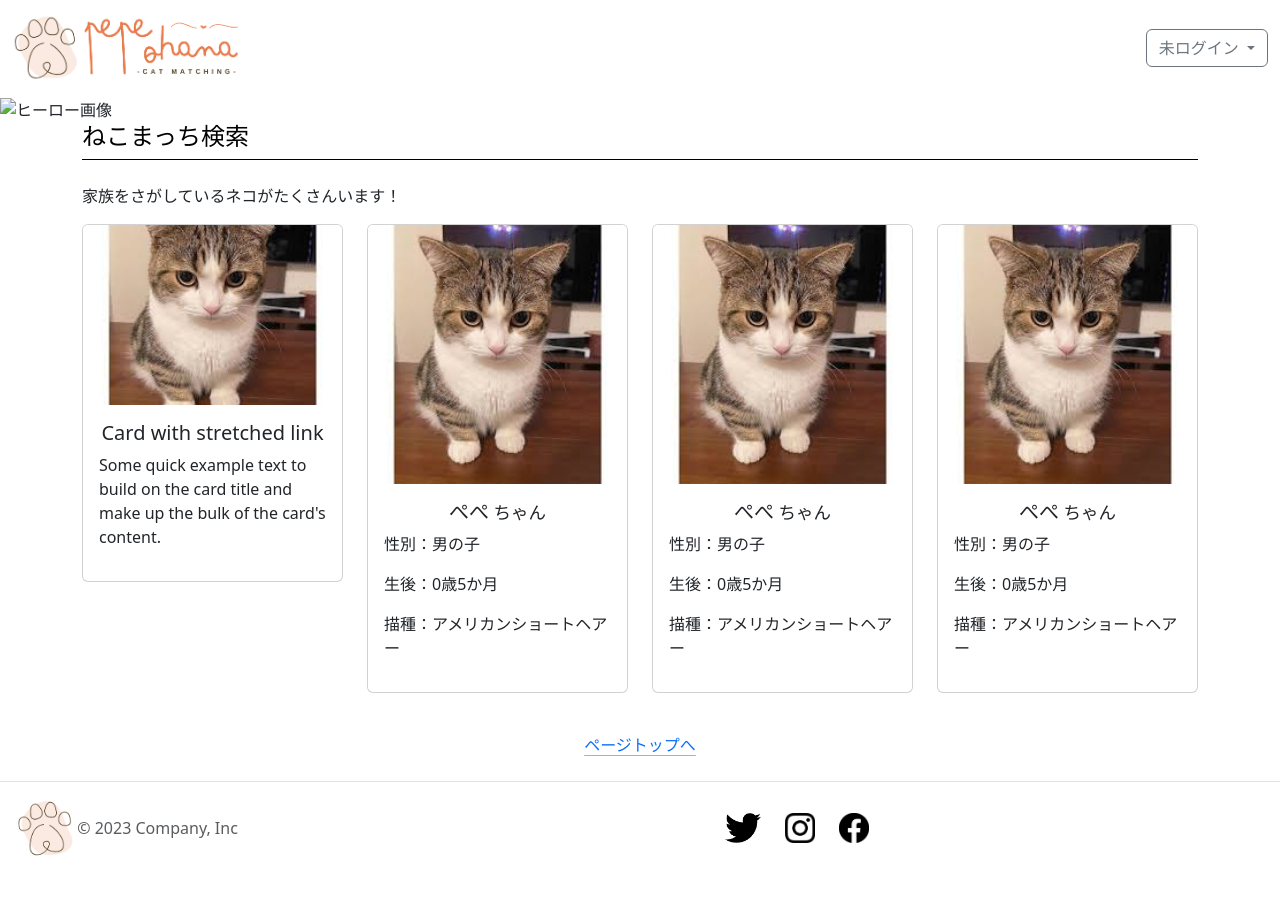
Repository: sakuwell/pepe
Page: http://localhost/PepeOhana/top.jsp
The author's editor kept a copy of each file at every save. The page is drawn from the files as they stood at one save, then again after the next save.
The browser window is 1280 px wide. The pictures show the whole page.
The page is served by Tomcat 9. Other server files are loaded and not shown.

Above is the page before, as saved 2023-09-06 01:42:25.

### ExWorkSpace/PepeOhana/src/main/webapp/top.jsp
<%@ page language="java" contentType="text/html; charset=UTF-8"
    pageEncoding="UTF-8"%>
<%@ page import="model.UsersInfoDto" %>

<!DOCTYPE html>
<html lang="ja">
<head>
    <meta charset="UTF-8">
    <meta name="viewport" content="width=device-width, initial-scale=1.0">
    <!-- Bootstrap CSS -->
    <link href="https://cdn.jsdelivr.net/npm/bootstrap@5.3.0/dist/css/bootstrap.min.css" rel="stylesheet" integrity="sha384-9ndCyUaIbzAi2FUVXJi0CjmCapSmO7SnpJef0486qhLnuZ2cdeRhO02iuK6FUUVM" crossorigin="anonymous">
    <script src="https://cdn.jsdelivr.net/npm/bootstrap@5.3.0/dist/js/bootstrap.bundle.min.js" integrity="sha384-geWF76RCwLtnZ8qwWowPQNguL3RmwHVBC9FhGdlKrxdiJJigb/j/68SIy3Te4Bkz" crossorigin="anonymous"></script>
    <title>Top | pepeohana</title>
</head>

<%
    // セッションを取得
	UsersInfoDto userInfoOnSession = (UsersInfoDto)session.getAttribute("LOGIN_INFO");
	boolean isLoggedIn = false;
	String userName = "";
	//HttpSession mysession = request.getSession(true);

    // セッションが存在し、username属性もセットされている場合はログイン済み
    if (userInfoOnSession != null) {
		userName = userInfoOnSession.getUserName();
        isLoggedIn = true;
    }
%>

<body>
	<% if (isLoggedIn) { %>
    <!-- ログイン済ヘッダー -->
    <nav class="navbar navbar-expand-lg navbar-light bg-white">
        <div class="container-fluid">
            <a class="navbar-brand" href="#">
                <img src="images/pepe_ohana_logo.png" alt="ページロゴ" width="auto" height="70">
            </a>
            <div class="btn-group">
                <button type="button" class="btn btn-secondary dropdown-toggle" data-bs-toggle="dropdown" aria-expanded="false">
                    userName
                </button>
                <ul class="dropdown-menu dropdown-menu-end">
                    <li><a class="dropdown-item" href="#">マイページ</a></li>
                    <li><a class="dropdown-item" href="#">ログアウト</a></li>
                </ul>
            </div>
        </div>
    </nav>
    <!-- ログイン済ヘッダーここまで -->
    <% } else { %>
    <!-- 未ログインヘッダー -->
    <nav class="navbar navbar-expand-lg navbar-light bg-white">
        <div class="container-fluid">
          <a class="navbar-brand" href="#">
            <img src="images/pepe_ohana_logo.png" alt="ページロゴ" width="auto" height="70">
          </a>
          <div class="btn-group">
            <button type="button" class="btn btn-outline-secondary dropdown-toggle" data-bs-toggle="dropdown" aria-expanded="false">
              未ログイン
            </button>
            <ul class="dropdown-menu dropdown-menu-end">
              <li><a class="dropdown-item" href="#">ログイン</a></li>
              <li><a class="dropdown-item" href="#">新規ユーザー登録</a></li>
            </ul>
          </div>
        </div>
    </nav>
    <!-- 未ログインヘッダーここまで -->
    <% } %>


    <!-- ヒーロー画像 -->
    <img src="#" class="img-fluid" alt="ヒーロー画像">

    <!-- ここから下　ページごとの内容 -->
    <div>
        <!-- 検索フォームゾーン -->
        <div class="container">
            <div class="h4 pb-2 mb-4 text-black border-bottom border-black">
                ねこまっち検索
            </div>
                <p>家族をさがしているネコがたくさんいます！</p>
            <!-- 猫カード -->
            <div class="row">
 				<!-- カードのコンテンツ -->
               <!-- カードのコンテンツ -->
               <div class="col-6 col-md-4 col-lg-3">
                    <div class="card mb-3">
                        <img src="images/cat_1.jpg" style="height:180px; width: 100%; object-fit: cover;" class="card-img-top" alt="猫画像">
                        <div class="card-body">
                            <h5 class="card-title text-center">Card with stretched link</h5>
                            <p class="card-text text-right">Some quick example text to build on the card title and make up the bulk of the card's content.</p>
                            <div class="d-flex justify-content-center">
                                <a href="#" class="stretched-link"></a>
                            </div>
                        </div>
                    </div>
                </div>
 				<!-- カードのコンテンツ -->
                <div class="col-6 col-md-4 col-lg-3">
                    <div class="card mb-3">
                        <img src="images/ねこ_1.jpg" class="card-img-top" alt="猫画像" style="width:100%">
                        <div class="card-body">
                            <h5 class="card-title text-center">ぺぺ<small> ちゃん</small></h5>
                            <p class="card-text text-right">性別：男の子</p>
                            <p class="card-text text-right">生後：0歳5か月</p>
                            <p class="card-text text-right">描種：アメリカンショートヘアー</p>
                            <div class="d-flex justify-content-center">
                                <a href="#" class="stretched-link"></a>
                            </div>
                        </div>
                    </div>
                </div>
				<!-- カードのコンテンツ -->
                <div class="col-6 col-md-4 col-lg-3">
                    <div class="card mb-3">
                        <img src="images/ねこ_1.jpg" class="card-img-top" alt="猫画像" style="width:100%">
                        <div class="card-body">
                            <h5 class="card-title text-center">ぺぺ<small> ちゃん</small></h5>
                            <p class="card-text text-right">性別：男の子</p>
                            <p class="card-text text-right">生後：0歳5か月</p>
                            <p class="card-text text-right">描種：アメリカンショートヘアー</p>
                            <div class="d-flex justify-content-center">
                                <a href="#" class="stretched-link"></a>
                            </div>
                        </div>
                    </div>
                </div>
                <!-- カードのコンテンツ -->
                <div class="col-6 col-md-4 col-lg-3">
                    <div class="card mb-3">
                        <img src="images/ねこ_1.jpg" class="card-img-top" alt="猫画像" style="width:100%">
                        <div class="card-body">
                            <h5 class="card-title text-center">ぺぺ<small> ちゃん</small></h5>
                            <p class="card-text text-right">性別：男の子</p>
                            <p class="card-text text-right">生後：0歳5か月</p>
                            <p class="card-text text-right">描種：アメリカンショートヘアー</p>
                            <div class="d-flex justify-content-center">
                                <a href="#" class="stretched-link"></a>
                            </div>
                        </div>
                    </div>
                </div>
            </div>
        </div>
    </div>
    <!-- ここまで　ページごとの内容 -->

    <!-- フッター -->
    <div class="text-center mt-4">
        <a class="icon-link icon-link-hover" href="#">
            ページトップへ
        </a>
    </div>
    <footer class="d-flex flex-wrap justify-co
    ntent-between align-items-center py-3 my-4 border-top">
        <div class="col-md-4 d-flex align-items-center ms-3">
        	<a><img alt="ロゴ画像" src="images/nikukyu_logo.png" width="auto" height="60"></a>
          	<span class="mb-3 mb-md-0 text-body-secondary">© 2023 Company, Inc</span>
        </div>

        <ul class="nav col-md-4 justify-content-end list-unstyled d-flex me-1">
            <li><a href="#"><img src=images/twitter_logo.png width="auto" height="30"></a></li>
            <li class="ms-4"><a href="#"><img src=images/insta_logo.png width="auto" height="30"></a></li>
            <li class="ms-4"><a href="#"><img src=images/facebook_logo.png width="auto" height="30"></a></li>
        </ul>
    </footer>
    <!-- フッター　ここまで -->

</body>
</html>

After the next save:
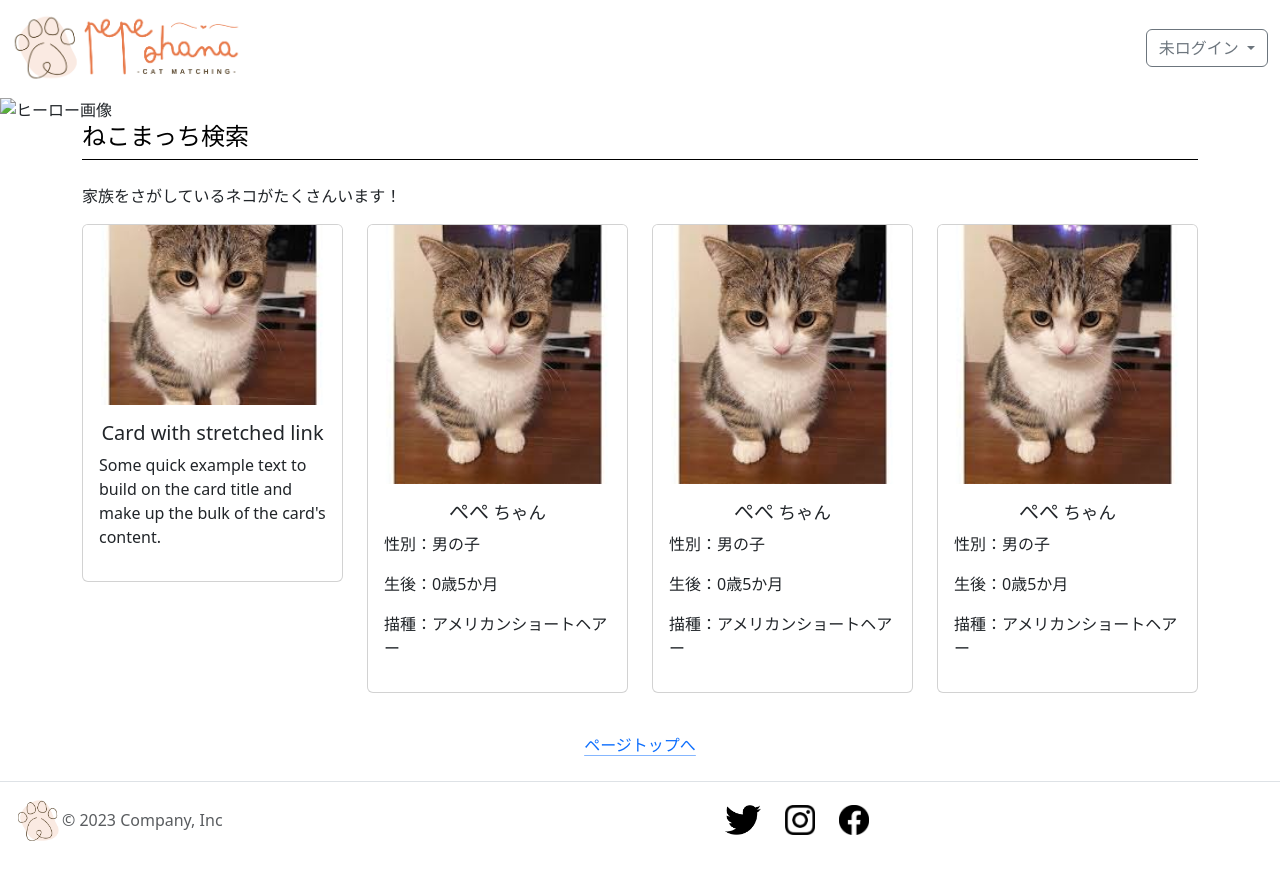
Saved 46 s later.
--- a/ExWorkSpace/PepeOhana/src/main/webapp/top.jsp
+++ b/ExWorkSpace/PepeOhana/src/main/webapp/top.jsp
@@ -155,7 +155,7 @@
     <footer class="d-flex flex-wrap justify-co
     ntent-between align-items-center py-3 my-4 border-top">
         <div class="col-md-4 d-flex align-items-center ms-3">
-        	<a><img alt="ロゴ画像" src="images/nikukyu_logo.png" width="auto" height="60"></a>
+        	<a><img alt="ロゴ画像" src="images/nikukyu_logo.png" width="auto" height="45"></a>
           	<span class="mb-3 mb-md-0 text-body-secondary">© 2023 Company, Inc</span>
         </div>
 
